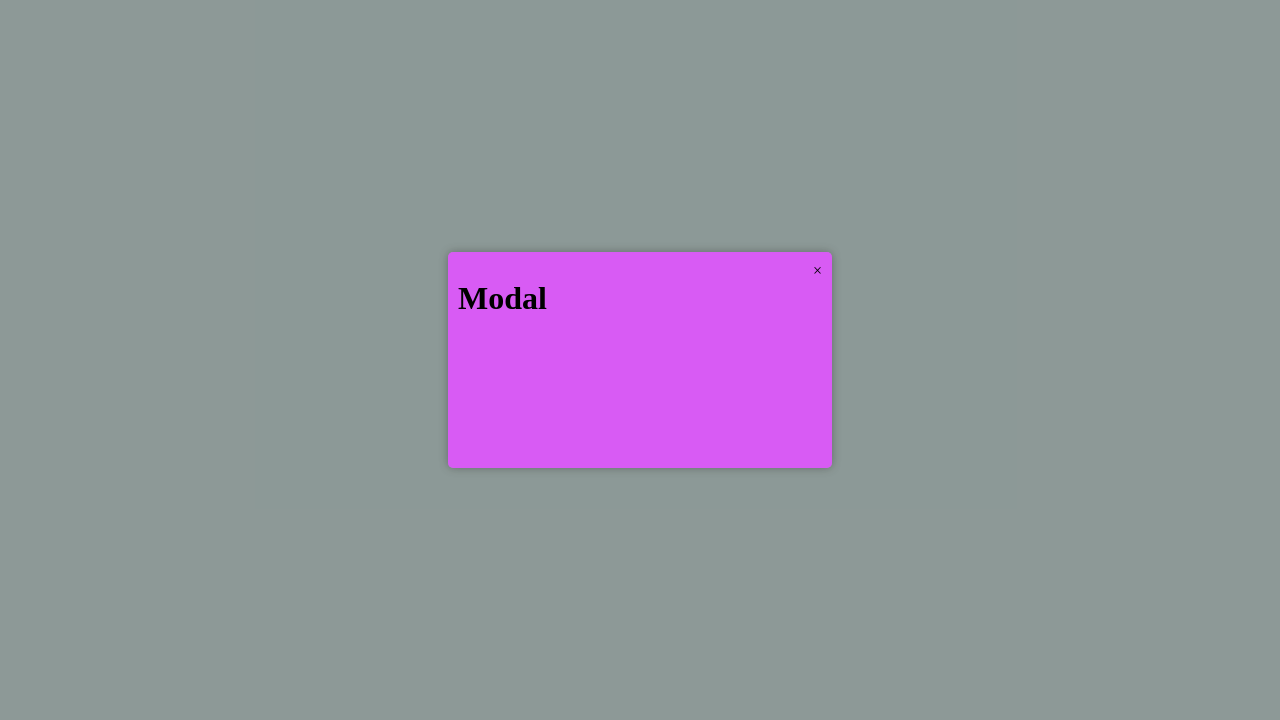
Repository: Soab42/portfolio
Page: /modal
These files come from the project's save history. The page is drawn as it stood at one moment and after a run of saves; the edit follows.
The browser window is 1280 px wide. The pictures show the whole page.
The project was rebuilt for these pictures with package versions that can differ from the ones it lists, and the page was loaded fresh each time. The framework's server and built-in components were replaced by stand-ins that run in the browser. Also part of the build but not shown: next.config.js.

Above is the page before, as saved 2023-10-09 16:12:04.

After the next 2 saves:
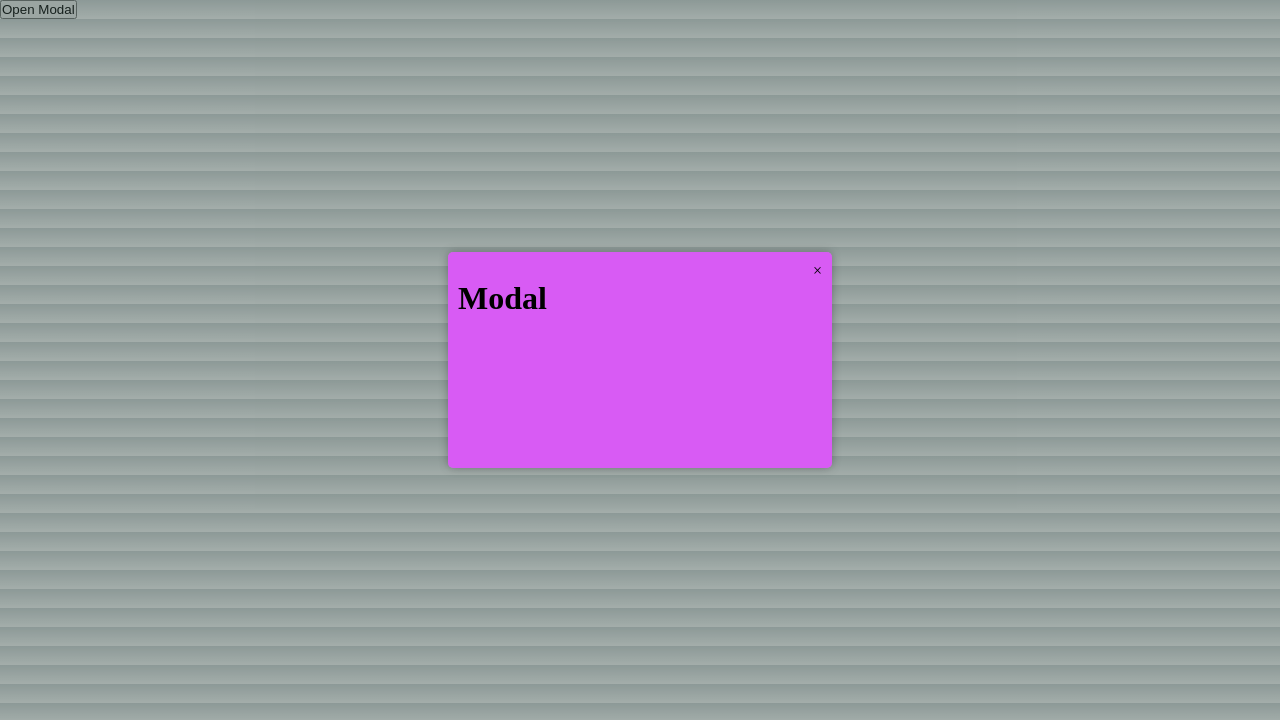
The 2 saves are shown as one change because 1 did not build or start.
The last was saved 2 min 9 s later.
--- a/app/modal/page.js
+++ b/app/modal/page.js
@@ -6,6 +6,7 @@ export default function page() {
   return (
     <div>
       <Modal>{component}</Modal>
+      <button onClick={""}>Open Modal</button>
     </div>
   );
 }
